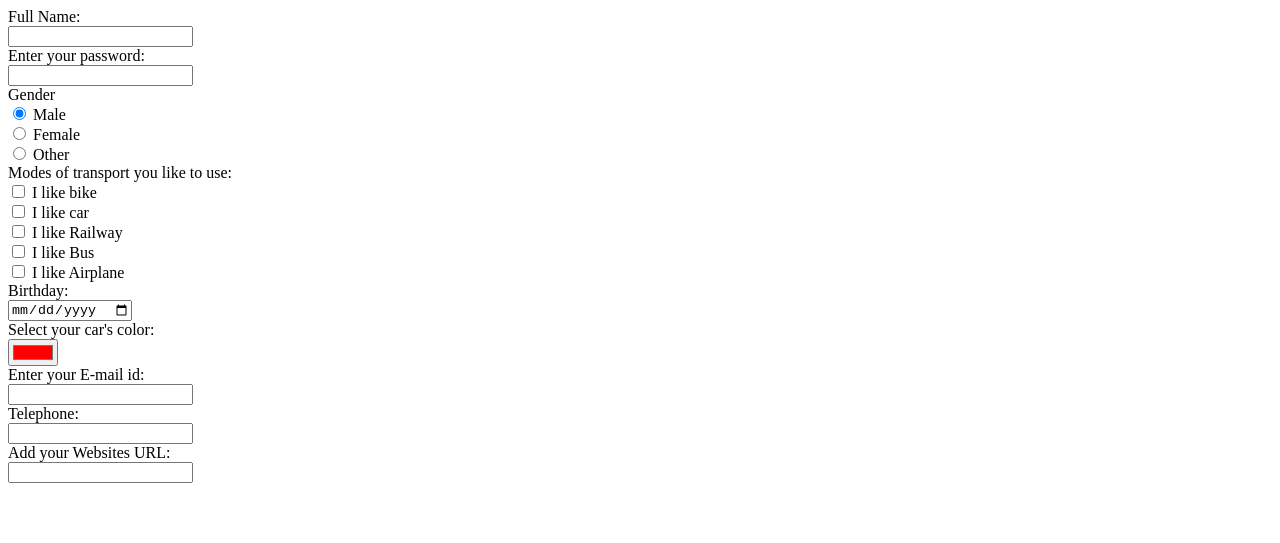
Repository: AdityaParashar93/Homework1_CMPE273
Page: CMPE273/Refresher_JS/WebContent/InputTypes.html
These files come from the project's save history. The page is drawn as it stood at one moment and after a run of saves; the edit follows.
The browser window is 1280 px wide. The pictures show the whole page.

Above is the page before, as saved 2016-09-16 05:50:48.

After the next 2 saves:
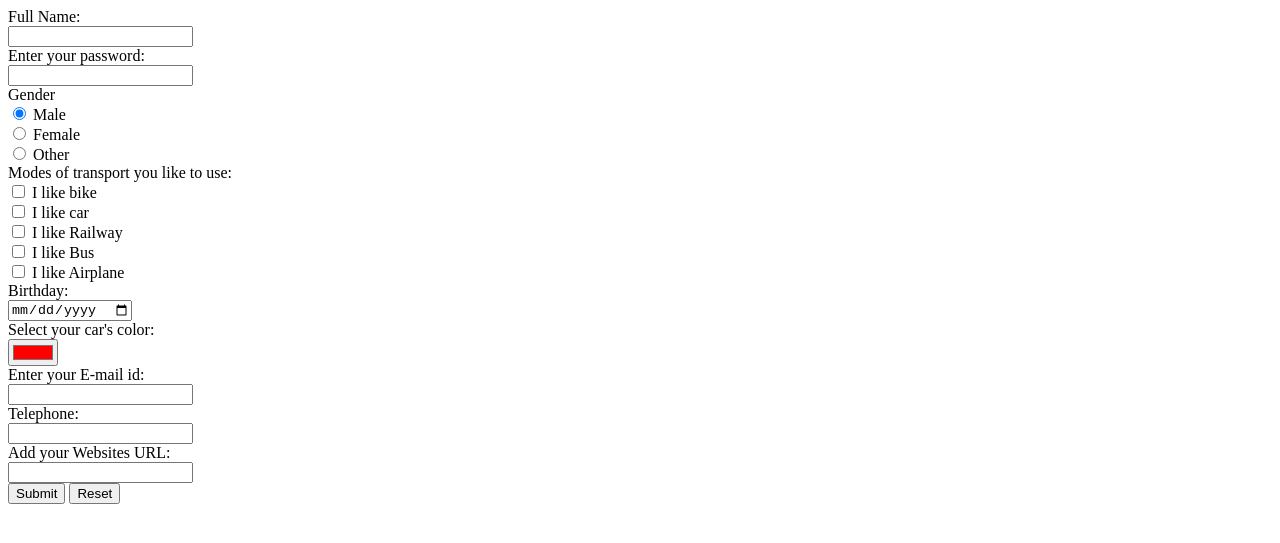
The 2 saves are shown as one change because they came seconds apart.
The last was saved 2 min 10 s later.
--- a/CMPE273/Refresher_JS/WebContent/InputTypes.html
+++ b/CMPE273/Refresher_JS/WebContent/InputTypes.html
@@ -30,6 +30,8 @@ Telephone:<br>
 <input type="tel" name="usrtel"><br>
 Add your Websites URL:<br>
 <input type="url" name="homepage"><br>
+ <input type="submit" value="Submit">
+  <input type="reset"><br>
 </form>
 </body>
 </html>
